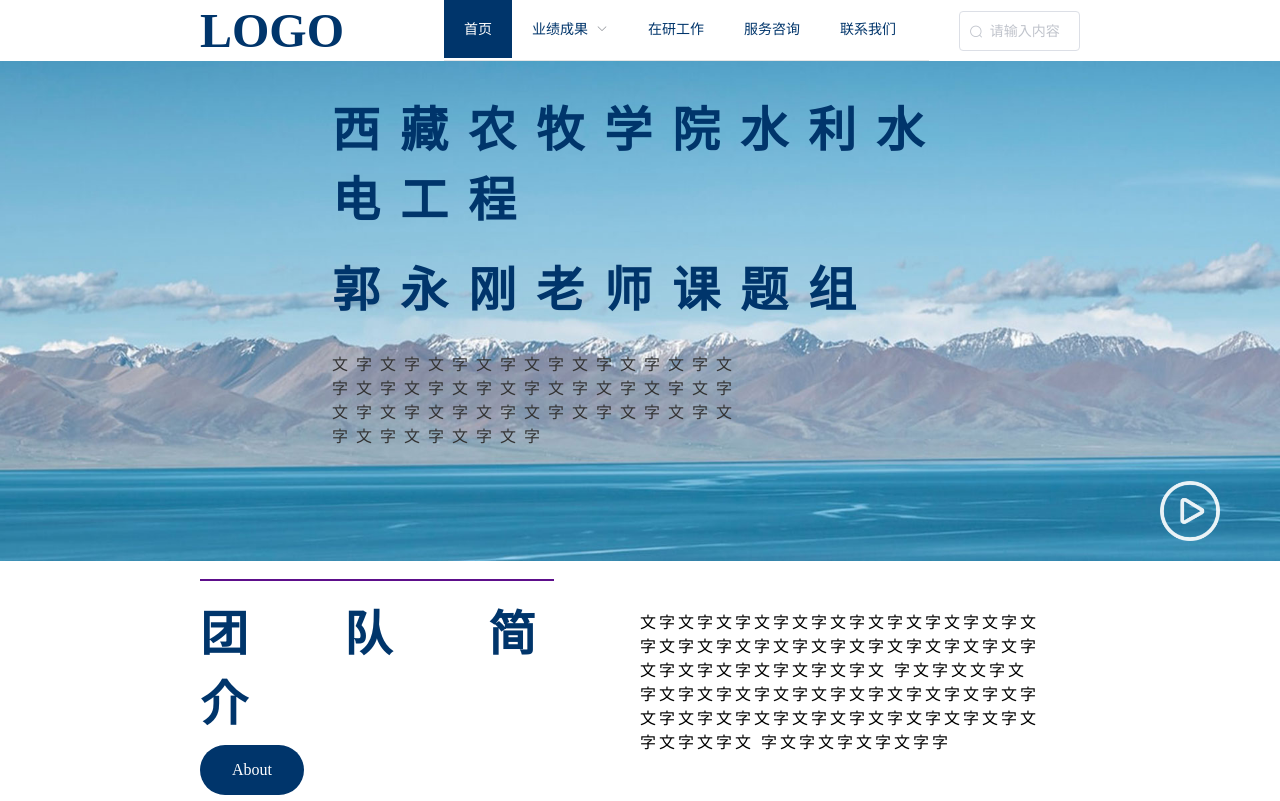
Repository: BLSY/xzust
Page: /
An editor plug-in stored every save of this project. The page is shown before and after a run of saves, followed by the edit.
The browser window is 1280 px wide. The pictures show the whole page.
The project was rebuilt for these pictures with package versions that can differ from the ones it lists, and the page was loaded fresh each time.

Above is the page before, as saved 2022-11-27 10:05:27.

After the next 2 saves:
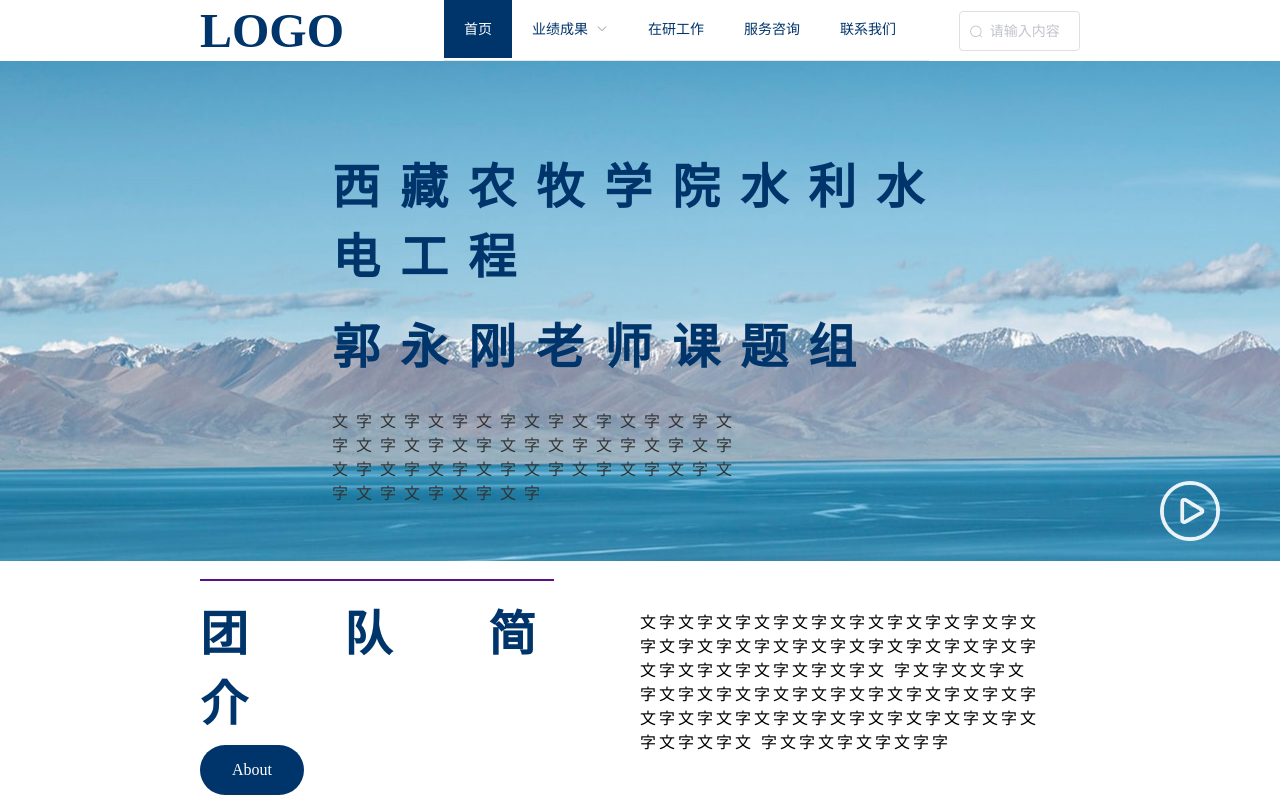
The 2 saves are shown as one change because they came seconds apart.
The last was saved 13 s later.
--- a/src/components/HelloWorld.vue
+++ b/src/components/HelloWorld.vue
@@ -137,7 +137,7 @@
   background-size:100% 100% ;
   position: relative;
   height: 500px;
-  font-display: flex;
+  display: flex;
   align-items: center;
   justify-content: center;
   text-align: center;
